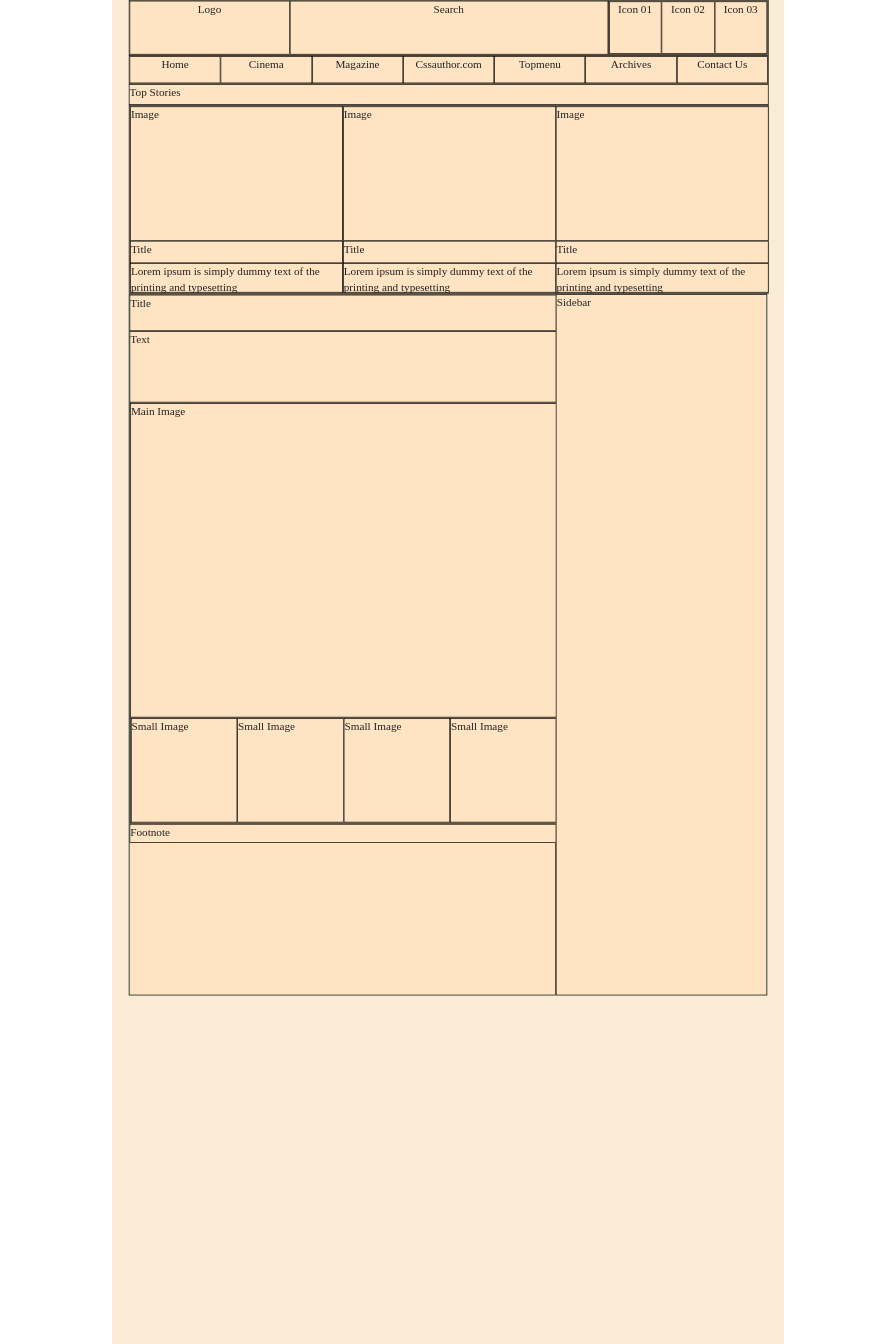
Repository: giovanabirck/cover-magazine-giovanabirck
Page: index.html
An editor plug-in stored every save of this project. The page is shown before and after a run of saves, followed by the edit.
The browser window is 1280 px wide. The pictures show the part of the page from y = 0 to 1920 px (the page is 5000 px tall), at 70% of full size.

Above is the page before, as saved 2023-01-14 10:57:28.

After the next 2 saves:
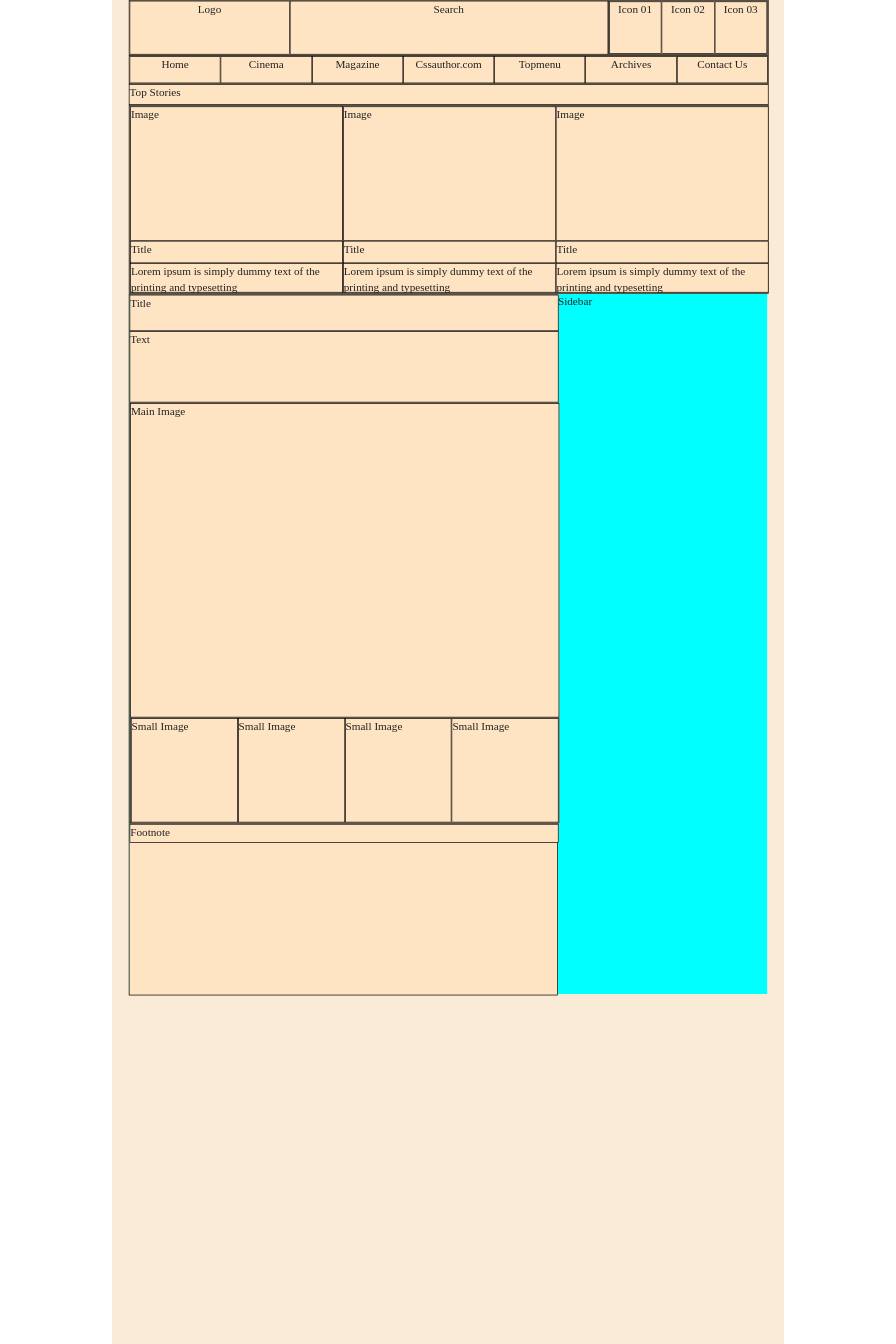
The 2 saves are shown as one change because they came seconds apart.
The last was saved 7 s later.
--- a/css/main.css
+++ b/css/main.css
@@ -447,12 +447,11 @@
   border: solid 1px black;
   width: 100%;
   height: 25px;
-}
-
-.main-side{
-  background-color: bisque;
-  border: solid 1px black;
-  width: 33%;
-  height: 1000px;
-  display: flex;
-}
+  .main-side{
+    background-color: bisque;
+    border: solid 1px black;
+    width: 33%;
+    height: 1000px;
+    display: flex;
+  }
+}

After the 4 saves that followed:
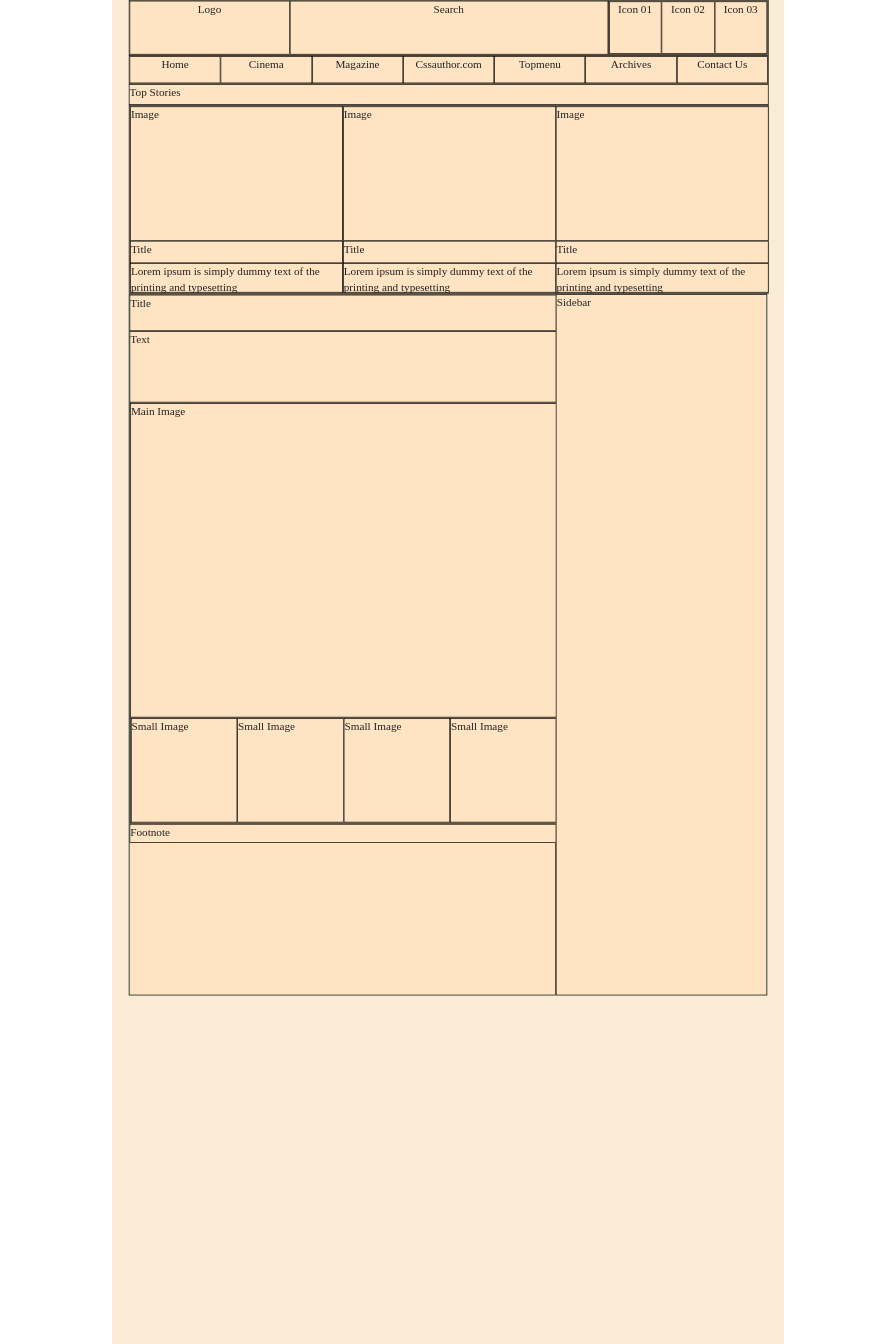
The 4 saves are shown as one change because they came seconds apart.
The last was saved 8 s later.
--- a/css/main.css
+++ b/css/main.css
@@ -447,11 +447,12 @@
   border: solid 1px black;
   width: 100%;
   height: 25px;
-  .main-side{
-    background-color: bisque;
-    border: solid 1px black;
-    width: 33%;
-    height: 1000px;
-    display: flex;
-  }
-}
+}
+
+.main-side{
+  background-color: bisque;
+  border: solid 1px black;
+  width: 33%;
+  height: 1000px;
+  display: flex;
+}
